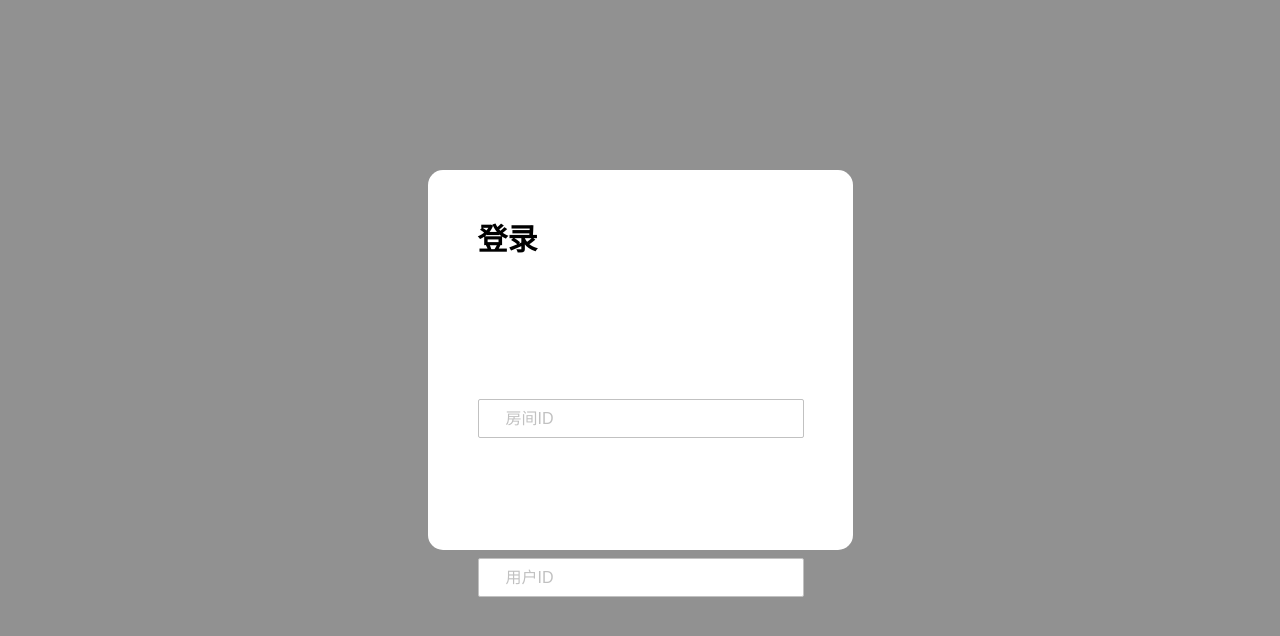
Repository: sjtu-course/homework
Page: GongZening/Week2/Web/LoginPage.html
These files come from the project's save history. The page is drawn as it stood at one moment and after the next save; the edit follows.
The browser window is 1280 px wide. The pictures show the whole page.

Above is the page before, as saved 2020-11-07 16:56:51.

### GongZening/Week2/Web/LoginPage.html
<!DOCTYPE html>
<html>
    <head>
        <meta charset="utf-8">
        <title>LoginPage</title>
        <style>
            input::-webkit-input-placeholder{
                color:#c1c1c1;
                font-size: 16px;
                padding-left: 25px;
            }
        </style>
        <link rel="stylesheet" type="text/css" href="css/Round_Rect.css" />
        <link rel="stylesheet" type="text/css" href="css/login.css" />
        <link rel="stylesheet" type="text/css" href="css/Edit_Text.css" />
    </head>

    <body style="background-color: #919191;">
        <div id="round_rect">
            <h1 id="login">登录</h1>
            <input class="edit_text" placeholder="房间ID">
            <input class="edit_text" placeholder="用户ID">
        </div>
    </body>
</html>

### GongZening/Week2/Web/css/Round_Rect.css
@charset "utf-8";
#round_rect{
	width: 425px;
	height: 380px;
	background-color: white;
	/* 圆角大小 */
	border-radius: 15px;
	/* 位置居中 */
	position: absolute;
	margin: auto;
	top: 0;
	right: 0;
	left: 0;
	bottom: 0;
}

### GongZening/Week2/Web/css/login.css
@charset "utf-8";
#login{
    font-size: 30px;
    color: black;
    margin-top: 45px;
    margin-left: 50px;
}

### GongZening/Week2/Web/css/Edit_Text.css
@charset "utf-8";
.edit_text{
    width: 320px;
    height: 35px;
    margin-left: 50px;
    margin-top: 120px;
    border-radius: 2px;
    border:1px solid #c1c1c1;
    font-size: 16px;
}

After the next save:
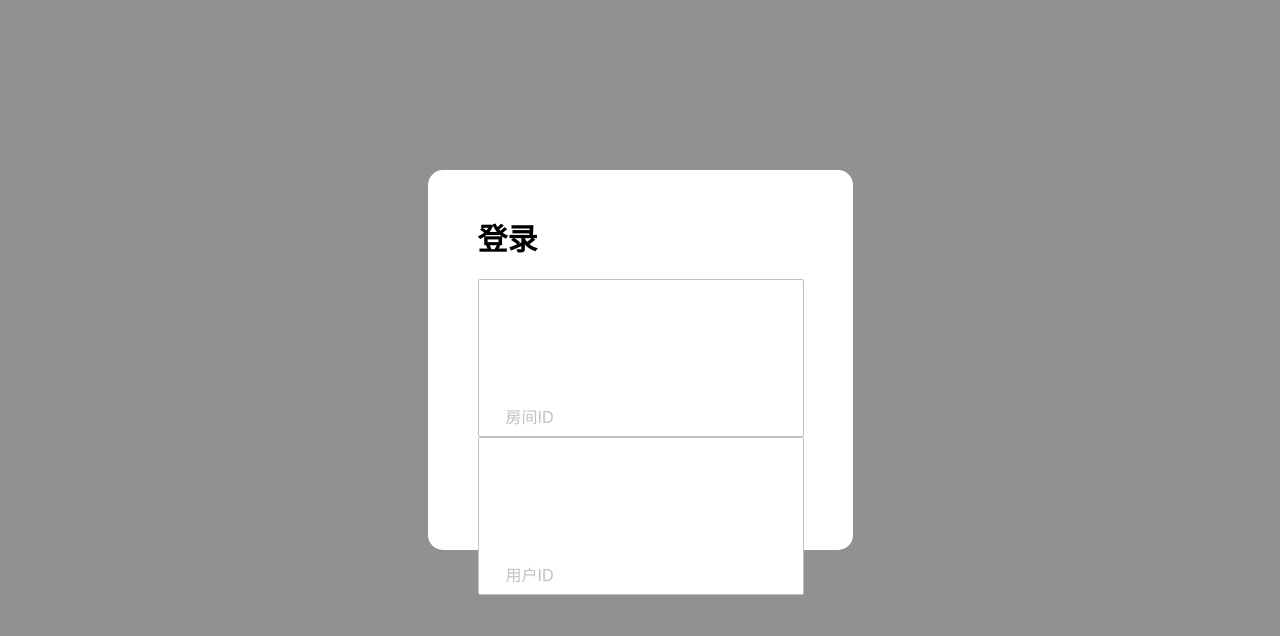
Saved 27 s later.
--- a/GongZening/Week2/Web/css/Edit_Text.css
+++ b/GongZening/Week2/Web/css/Edit_Text.css
@@ -3,7 +3,7 @@
     width: 320px;
     height: 35px;
     margin-left: 50px;
-    margin-top: 120px;
+    padding-top: 120px;
     border-radius: 2px;
     border:1px solid #c1c1c1;
     font-size: 16px;
